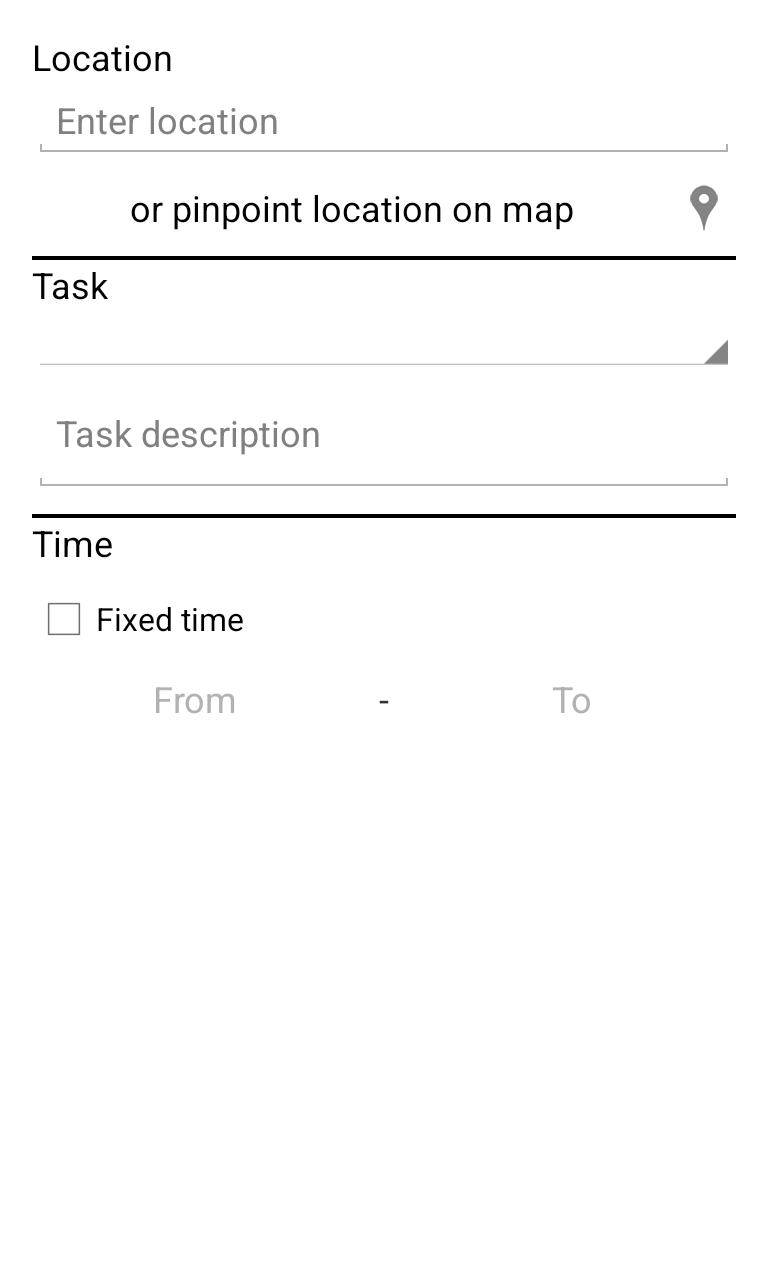
Repository: larserikstrand/IMT4904-Master
Layout: MTP/res/layout/activity_new_task.xml
These files come from the project's save history. The layout is drawn as it stood at one moment and after the next save; the edit follows.
It is drawn on a 768 x 1280 px phone screen (xhdpi) without system bars, with theme android:Theme.Holo.Light; the app's code is not run.

Above is the layout before, as saved 2014-02-10 20:35:50.

After the next save:
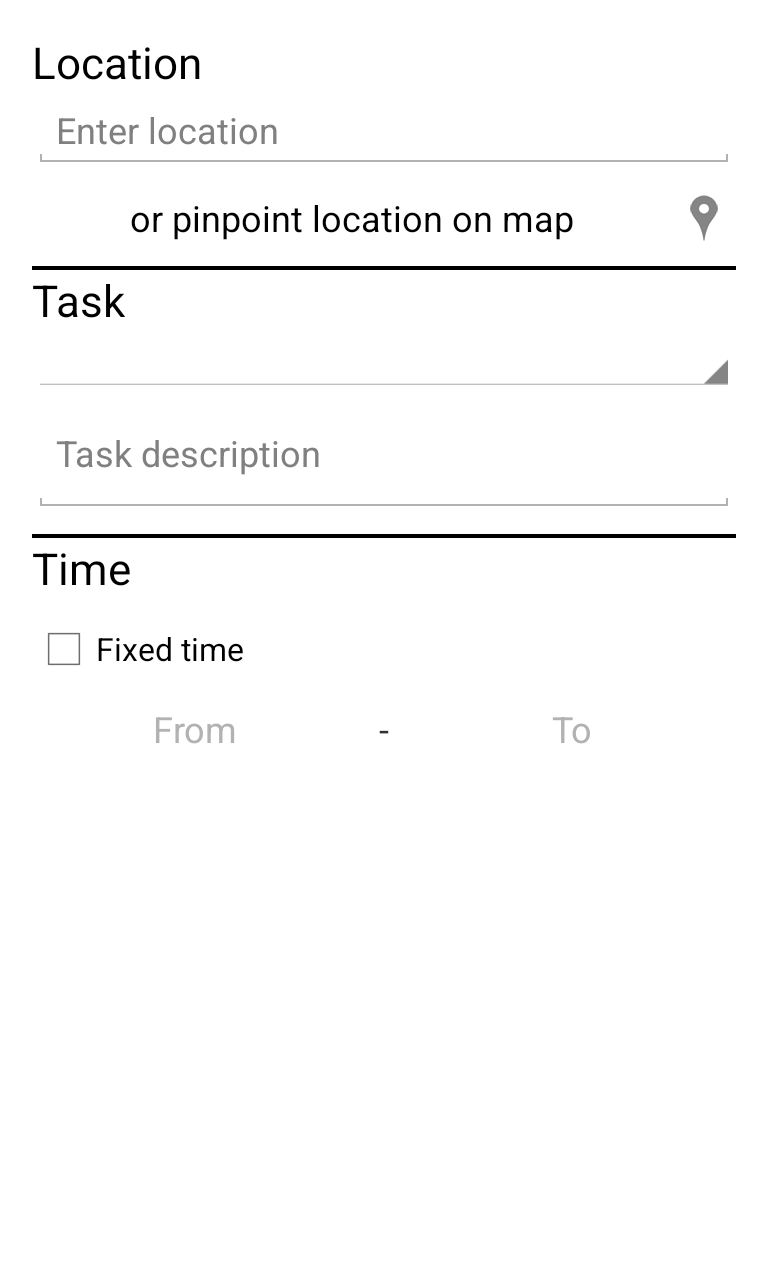
Saved 31 s later.
--- a/MTP/res/layout/activity_new_task.xml
+++ b/MTP/res/layout/activity_new_task.xml
@@ -13,7 +13,7 @@
         android:layout_width="wrap_content"
         android:layout_height="wrap_content"
         android:text="@string/location"
-        android:textAppearance="?android:attr/textAppearanceMedium" />
+        android:textAppearance="?android:attr/textAppearanceLarge" />
 
     <EditText android:id="@+id/location_edit"
         android:layout_width="match_parent"
@@ -35,7 +35,7 @@
         android:layout_width="wrap_content"
         android:layout_height="wrap_content"
         android:text="@string/task"
-        android:textAppearance="?android:attr/textAppearanceMedium" />
+        android:textAppearance="?android:attr/textAppearanceLarge" />
 
     <Spinner android:id="@+id/category_spinner"
         android:layout_width="match_parent"
@@ -56,7 +56,7 @@
         android:layout_width="wrap_content"
         android:layout_height="wrap_content"
         android:text="@string/time"
-        android:textAppearance="?android:attr/textAppearanceMedium" />
+        android:textAppearance="?android:attr/textAppearanceLarge" />
 
     <CheckBox android:id="@+id/fixed_time_check"
         android:layout_width="match_parent"
